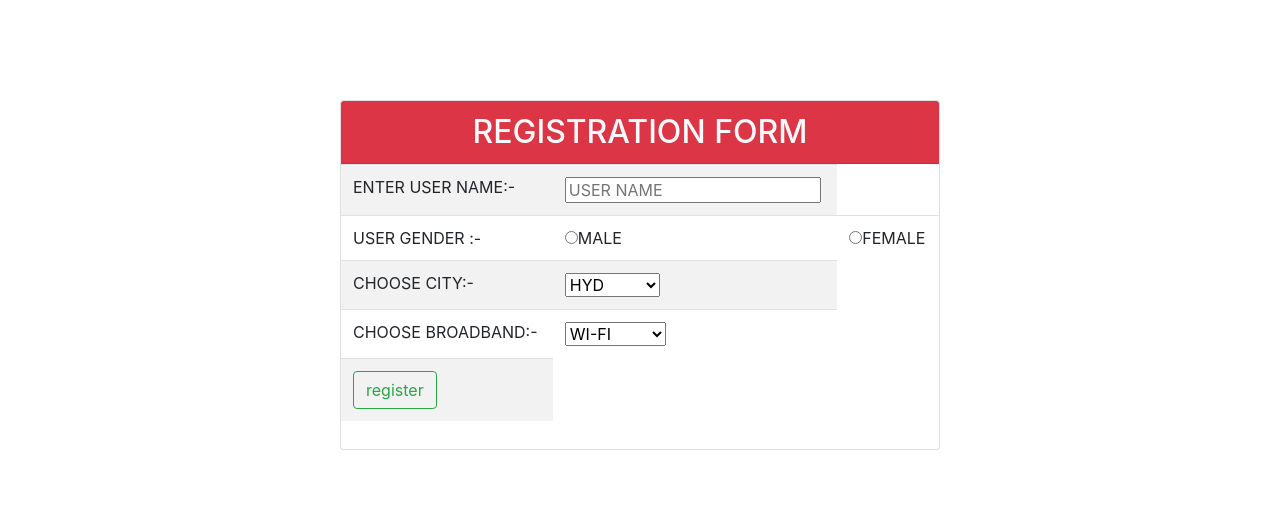
Repository: REDDI-BHARGAV/project
Page: http://localhost/PROJECT/
These files come from the project's save history. The page is drawn as it stood at one moment and after the next save; the edit follows.
The browser window is 1280 px wide. The pictures show the whole page.
The page is served by Tomcat 9.

Above is the page before, as saved 2022-07-26 11:34:43.

After the next save:
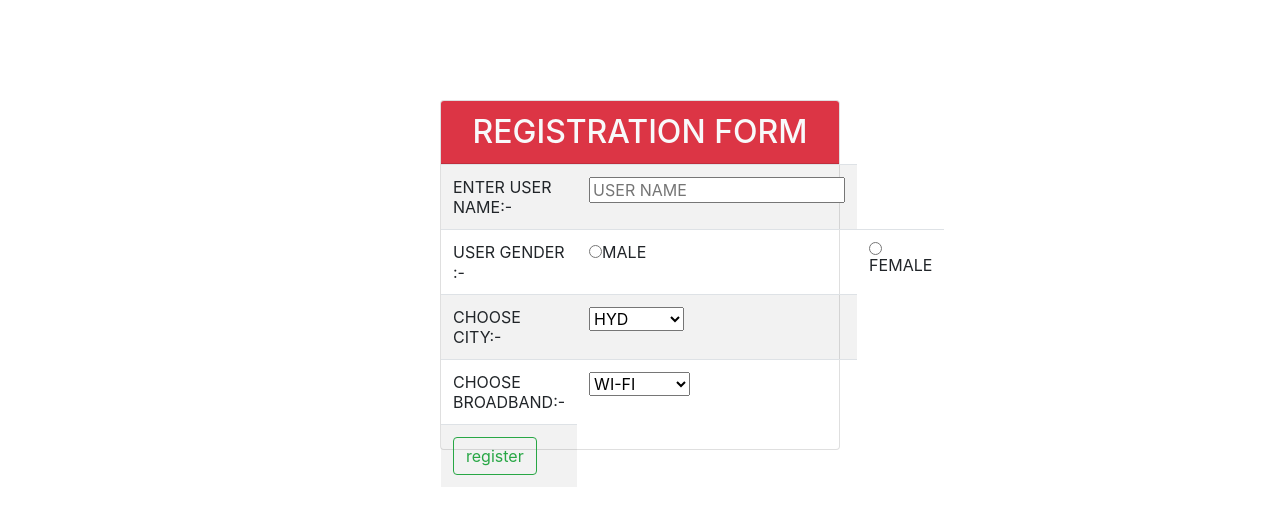
Saved 53 s later.
--- a/PROJECT/src/main/webapp/index.jsp
+++ b/PROJECT/src/main/webapp/index.jsp
@@ -7,7 +7,7 @@
 <style>
 #div {
 	height: 350px;
-	width: 600px;
+	width: 400px;
 	margin: auto;
 	margin-top: 100px;
 }

After the save that followed:
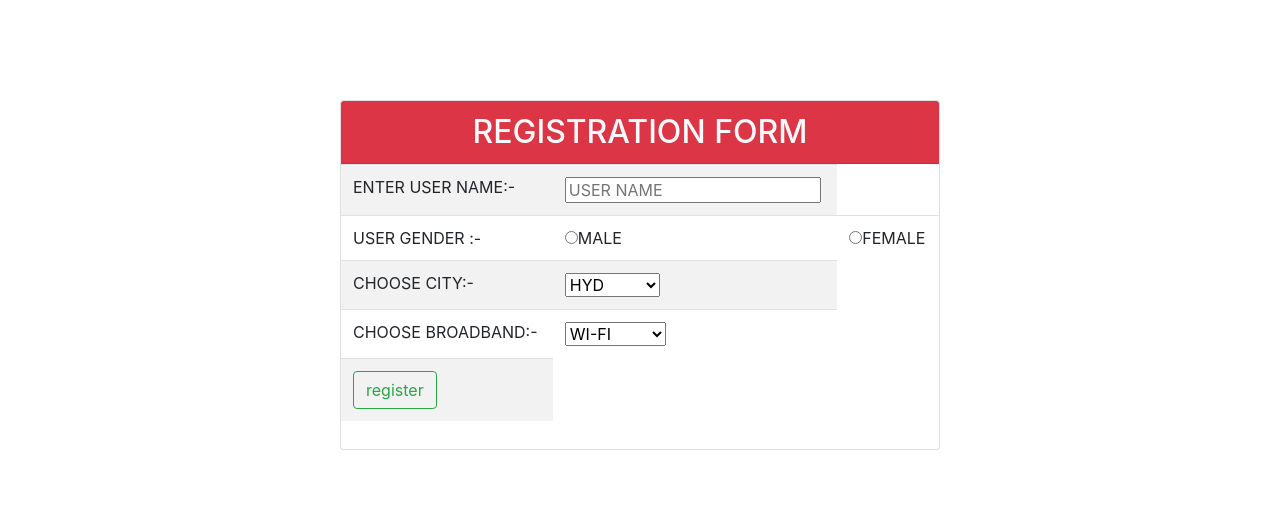
Saved 16 s later.
--- a/PROJECT/src/main/webapp/index.jsp
+++ b/PROJECT/src/main/webapp/index.jsp
@@ -7,7 +7,7 @@
 <style>
 #div {
 	height: 350px;
-	width: 400px;
+	width: 600px;
 	margin: auto;
 	margin-top: 100px;
 }
